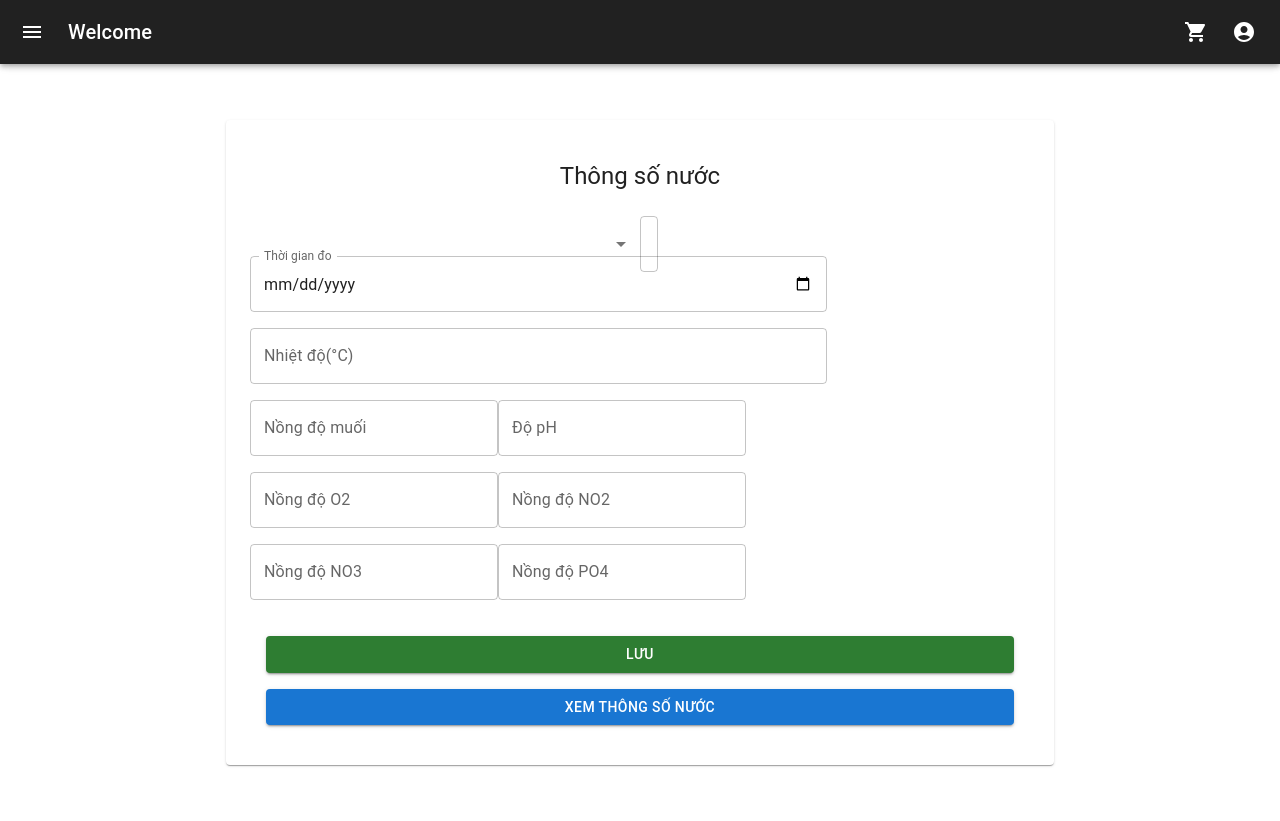
Repository: huynguyenj/KOICARE_FRONTEND
Page: /userhome/param (app in kcs-frontend/)
An editor plug-in stored every save of this project. The page is shown before and after the next save, followed by the edit.
The browser window is 1280 px wide. The pictures show the whole page.
The project was rebuilt for these pictures with package versions that can differ from the ones it lists, and the page was loaded fresh each time. Also part of the build but not shown: kcs-frontend/vite.config.js, kcs-frontend/src/components/Header/Header.css, kcs-frontend/src/components/Header/Header.jsx, kcs-frontend/src/components/Footer/Footer.jsx, kcs-frontend/src/components/Footer/FooterEnd.jsx, kcs-frontend/src/components/Footer/FooterCR.jsx, kcs-frontend/src/components/Footer/Footer1.jsx, kcs-frontend/src/pages/Guest/Home/Home.jsx and 38 more.

Above is the page before, as saved 2024-10-26 14:55:42.

After the next save:
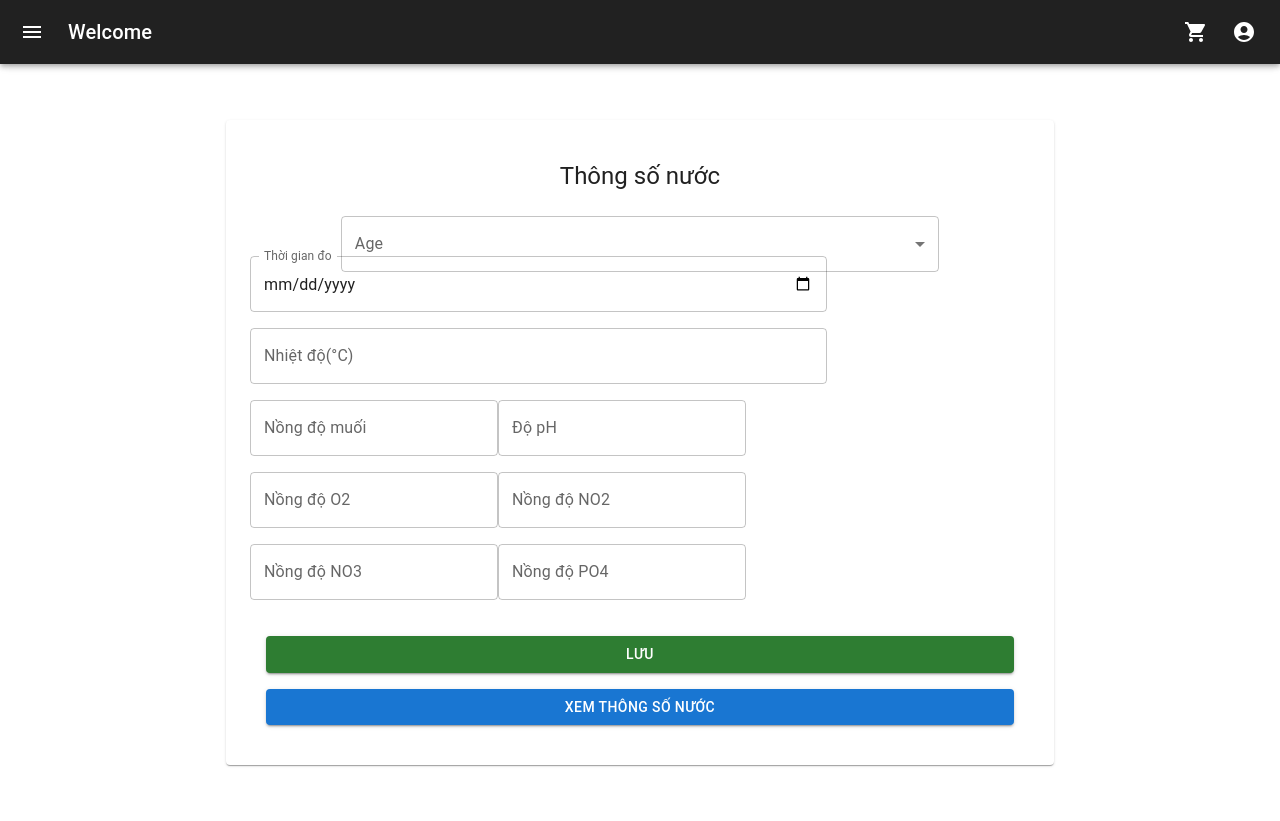
Saved 11 s later.
--- a/kcs-frontend/src/pages/Calculate/WaterParam/AddWaterParam.jsx
+++ b/kcs-frontend/src/pages/Calculate/WaterParam/AddWaterParam.jsx
@@ -91,7 +91,7 @@ function AddWaterParam() {
           <Typography variant="h5" sx={{ mb: 3 }}>
             Thông số nước
           </Typography>
-          <FormControl sx={{width:""}}>
+          <FormControl sx={{width:"80%"}}>
         <InputLabel id="demo-simple-select-label">Age</InputLabel>
         <Select
           labelId="demo-simple-select-label"
